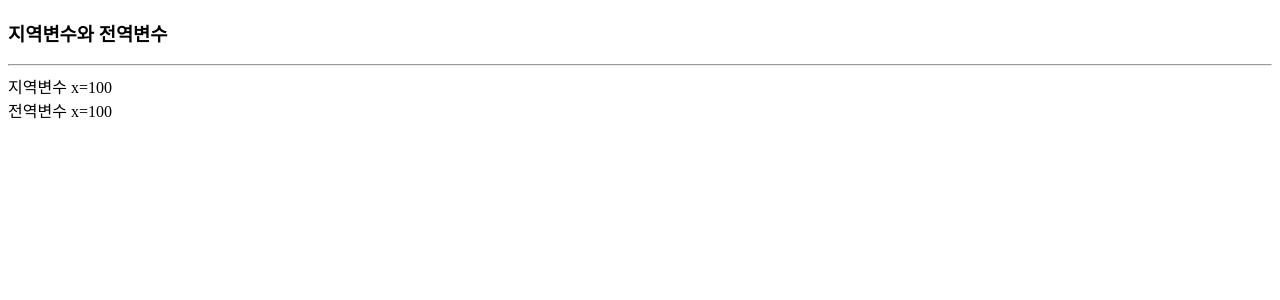
Repository: luna2222/web
Page: 02.JavaScript/WebContent/chap01/01_06.html
These files come from the project's save history. The page is drawn as it stood at one moment and after the next save; the edit follows.
The browser window is 1280 px wide. The pictures show the whole page.

Above is the page before, as saved 2019-02-21 08:11:04.

### 02.JavaScript/WebContent/chap01/01_06.html
<!DOCTYPE html>
<html>
<head>
<meta charset="UTF-8">
<title>Insert title here</title>
</head>
<body>
	<h3>지역변수와 전역변수</h3>
	<hr>
	<script >
	var x=100; // 전역변수x
	function f(){//함수 f()선언
		document.write("지역변수 x=" +x);
		document.write("<br>");
		document.write("전역변수 x=" +this.x);
	}
	f();// 함수 f()호출
	</script>
</body>
</html>

After the next save:
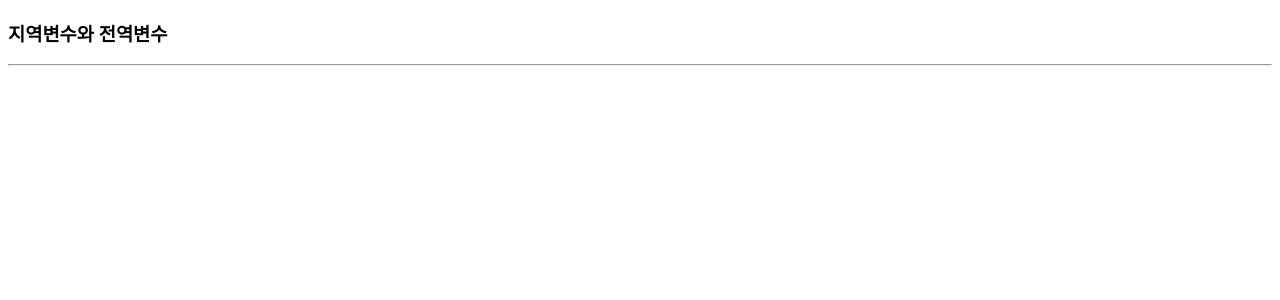
Console error: SyntaxError: Unexpected identifier 'x'
Saved 50 s later.
--- a/02.JavaScript/WebContent/chap01/01_06.html
+++ b/02.JavaScript/WebContent/chap01/01_06.html
@@ -10,6 +10,7 @@
 	<script >
 	var x=100; // 전역변수x
 	function f(){//함수 f()선언
+		var x=1; 지역변수 x
 		document.write("지역변수 x=" +x);
 		document.write("<br>");
 		document.write("전역변수 x=" +this.x);

After the save that followed:
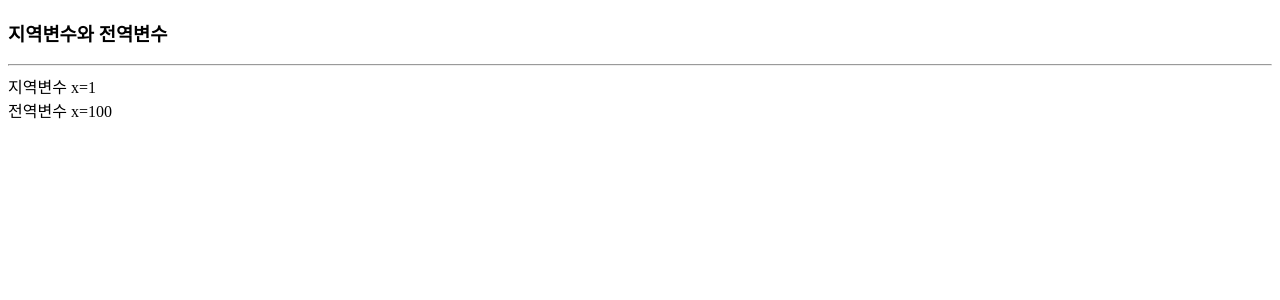
The error is gone.
Saved 17 s later.
--- a/02.JavaScript/WebContent/chap01/01_06.html
+++ b/02.JavaScript/WebContent/chap01/01_06.html
@@ -10,7 +10,7 @@
 	<script >
 	var x=100; // 전역변수x
 	function f(){//함수 f()선언
-		var x=1; 지역변수 x
+		var x=1; //지역변수 x
 		document.write("지역변수 x=" +x);
 		document.write("<br>");
 		document.write("전역변수 x=" +this.x);
